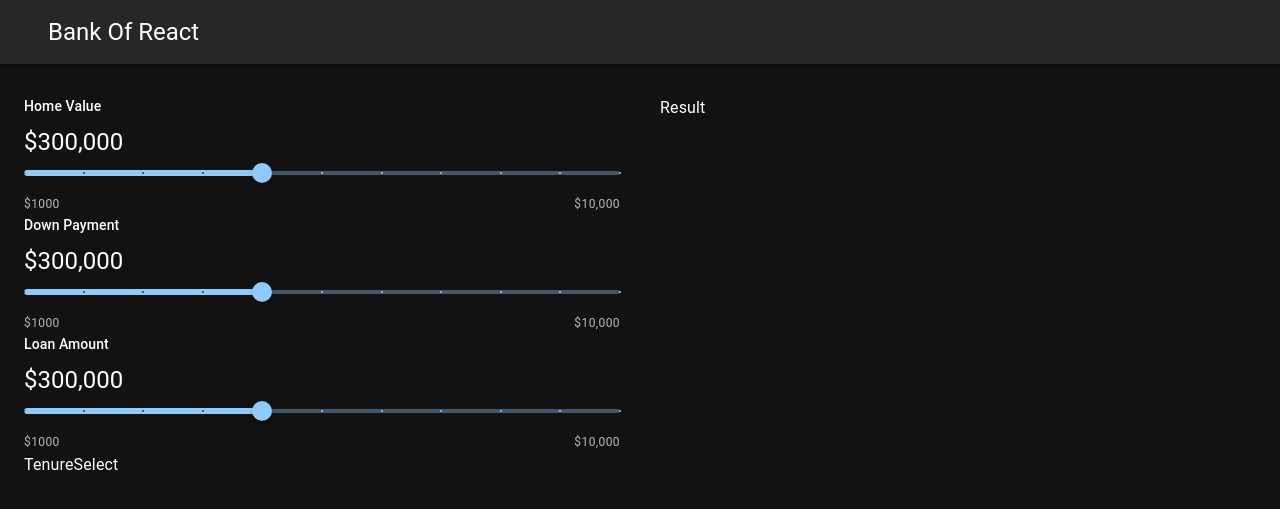
Repository: MikeeBuilds/mortgage-calculator
Page: /
These files come from the project's save history. The page is drawn as it stood at one moment and after a run of saves; the edit follows.
The browser window is 1280 px wide. The pictures show the whole page.
The project was rebuilt for these pictures with package versions that can differ from the ones it lists, and the page was loaded fresh each time.

Above is the page before, as saved 2023-04-03 21:39:54.

After the next 5 saves:
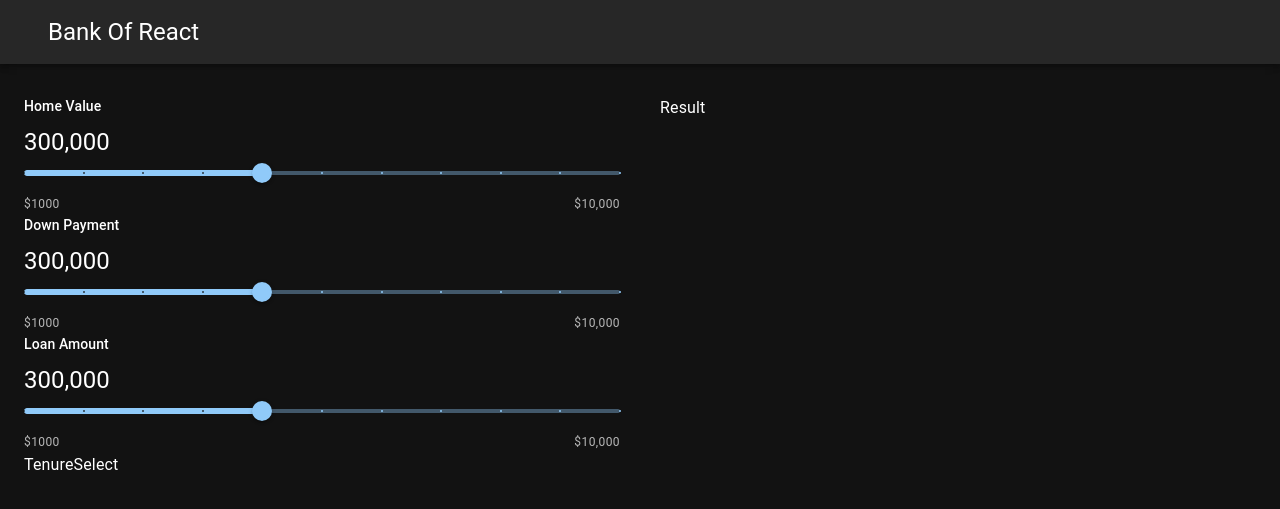
The 5 saves are shown as one change because 1 did not build or start and some came seconds apart.
The last was saved 41 s later.
--- a/src/components/common/SliderComponent.js
+++ b/src/components/common/SliderComponent.js
@@ -2,12 +2,12 @@ import React from 'react'
 import Slider from '@mui/material/Slider'
 import { Stack, Typography } from '@mui/material'
 
-const SliderComponent = ({ defaultValue, min, max, step, onChange, value, label }) => {
+const SliderComponent = ({ defaultValue, min, max, step, onChange, value, label, unit }) => {
   return (
   <>
     <Stack gap={1}>
       <Typography variant='subtitle2'>{label}</Typography>
-      <Typography variant='h5'>$300,000</Typography>
+      <Typography variant='h5'>{unit} 300,000</Typography>
     </Stack>
 
     <Slider
